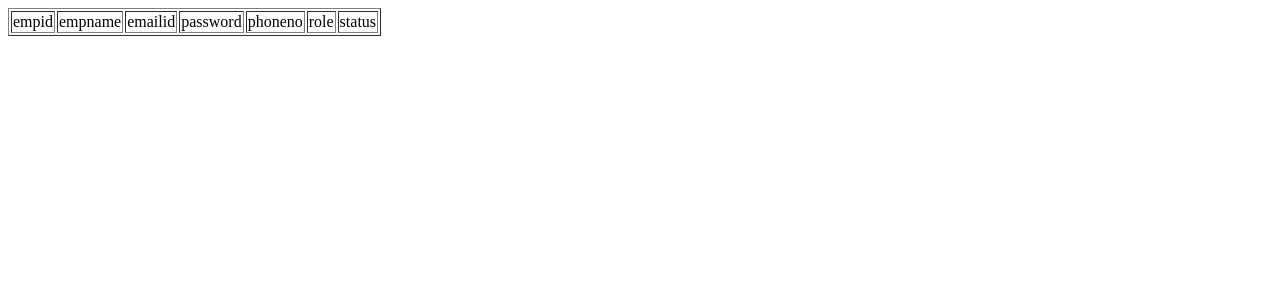
Repository: saurabh836/fullstackprojects
Page: http://localhost/EmployeeSkillProject/manager.jsp
These files come from the project's save history. The page is drawn as it stood at one moment and after the next save; the edit follows.
The browser window is 1280 px wide. The pictures show the whole page.
The page is served by Tomcat 9. Other server files are loaded and not shown. Queries for data that is not in the repository find no rows.

Above is the page before, as saved 2018-07-29 13:29:51.

### EmployeeSkillProject/WebContent/manager.jsp
<%@ page language="java" contentType="text/html; charset=ISO-8859-1"
    pageEncoding="ISO-8859-1"%>
     <%@ taglib prefix = "c" uri = "http://java.sun.com/jsp/jstl/core" %>
<%@ taglib prefix = "sql" uri = "http://java.sun.com/jsp/jstl/sql" %>
<!DOCTYPE html PUBLIC "-//W3C//DTD HTML 4.01 Transitional//EN" "http://www.w3.org/TR/html4/loose.dtd">
<html>
<head>
<meta http-equiv="Content-Type" content="text/html; charset=ISO-8859-1">
<title>Insert title here</title>
</head>
<body>
<sql:setDataSource var="snapshot" driver="com.mysql.jdbc.Driver" url="jdbc:mysql://localhost:3306/employee_records" user = "root"  password = "123456789"/>
<sql:query dataSource = "${snapshot}" sql = "select * from empskillset where active='1'" var = "result" />
<table border="1">
<tr><td>empid</td><td>empname</td><td>emailid</td><td>password</td><td>phoneno</td><td>role</td><td>status</td></tr>
<c:forEach items="${result.rows }" var ="res">
<tr>
<td>${res.empid}</td>
<td>${res.empname}</td>
<td>${res.emailid}</td>
<td>${res.password}</td>
<td>${res.phoneno}</td>
<td>${res.role}</td>
<td>${res.active}</td>
<td><a href="update.jsp?empid=<c:out value="${res.empid}"/>">Update</a></td>
<td><a href="deletedb.jsp?empid=<c:out value="${res.empid}"/>">Delete</a></td>



</tr>
</c:forEach>
</body>
</html>

After the next save:
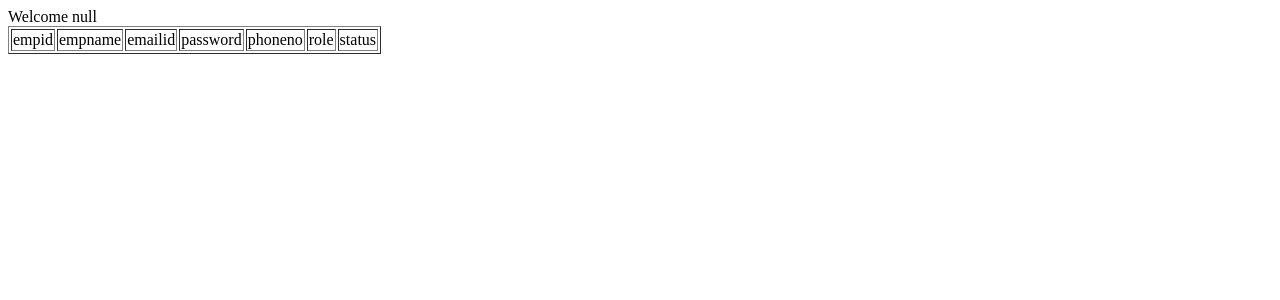
Saved 11 min 44 s later.
--- a/EmployeeSkillProject/WebContent/manager.jsp
+++ b/EmployeeSkillProject/WebContent/manager.jsp
@@ -9,6 +9,13 @@
 <title>Insert title here</title>
 </head>
 <body>
+<%
+
+String str = (String) session.getAttribute("username");
+
+out.print("Welcome " + str);
+
+%>
 <sql:setDataSource var="snapshot" driver="com.mysql.jdbc.Driver" url="jdbc:mysql://localhost:3306/employee_records" user = "root"  password = "123456789"/>
 <sql:query dataSource = "${snapshot}" sql = "select * from empskillset where active='1'" var = "result" />
 <table border="1">
